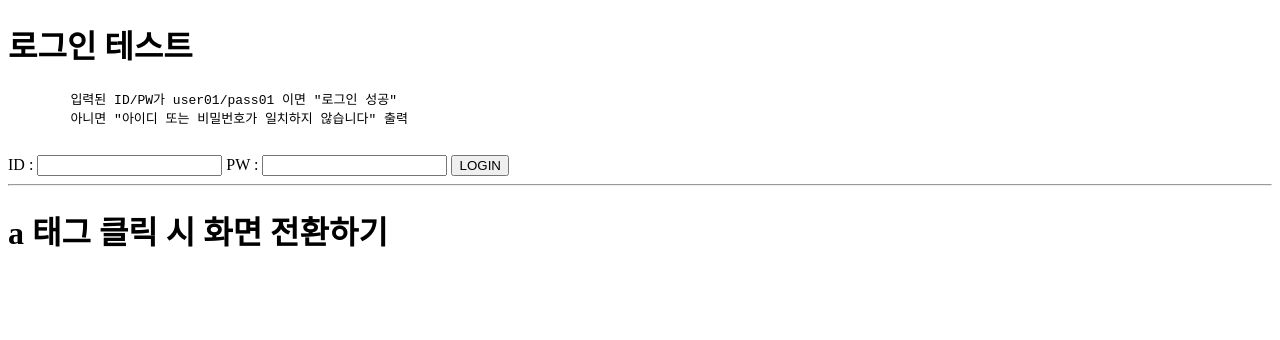
Repository: seungjoo1217/05_Server
Page: JSPProject1/src/main/webapp/index.html
An editor plug-in stored every save of this project. The page is shown before and after the next save, followed by the edit.
The browser window is 1280 px wide. The pictures show the whole page.

Above is the page before, as saved 2024-03-22 01:24:25.

After the next save:
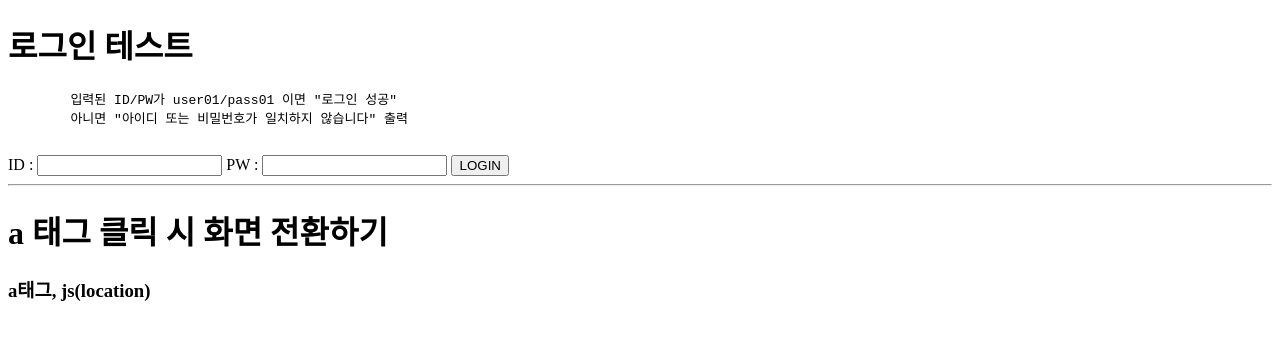
Saved 34 s later.
--- a/JSPProject1/src/main/webapp/index.html
+++ b/JSPProject1/src/main/webapp/index.html
@@ -23,6 +23,7 @@
 
     <h1>a 태그 클릭 시 화면 전환하기</h1>
 
+    <h3>a태그, js(location)</h3>
 
 
 
